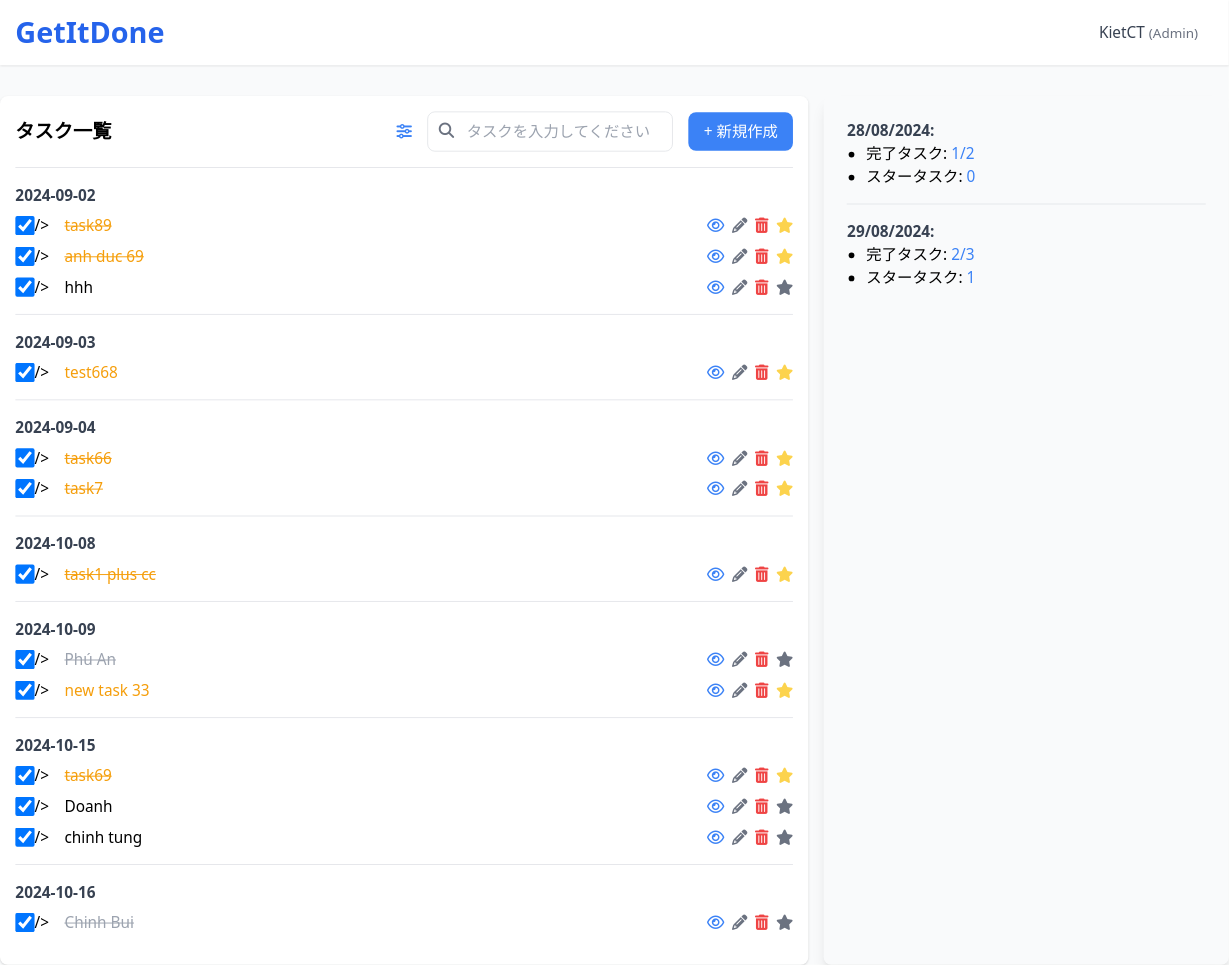
Repository: TuanAnhNguyen723/todolist
Page: http://localhost/mainscreen/mainscreen.php
An editor plug-in stored every save of this project. The page is shown before and after the next save, followed by the edit.
The browser window is 1280 px wide. The pictures show the whole page, at 96% of full size.
Some web libraries are served in a nearby version. The page is run by PHP 8.4 with error messages shown; the project is at /var/www/html/. The database holds what the project's SQL file puts in it.

Above is the page before, as saved 2024-10-02 14:01:49.

After the next save:
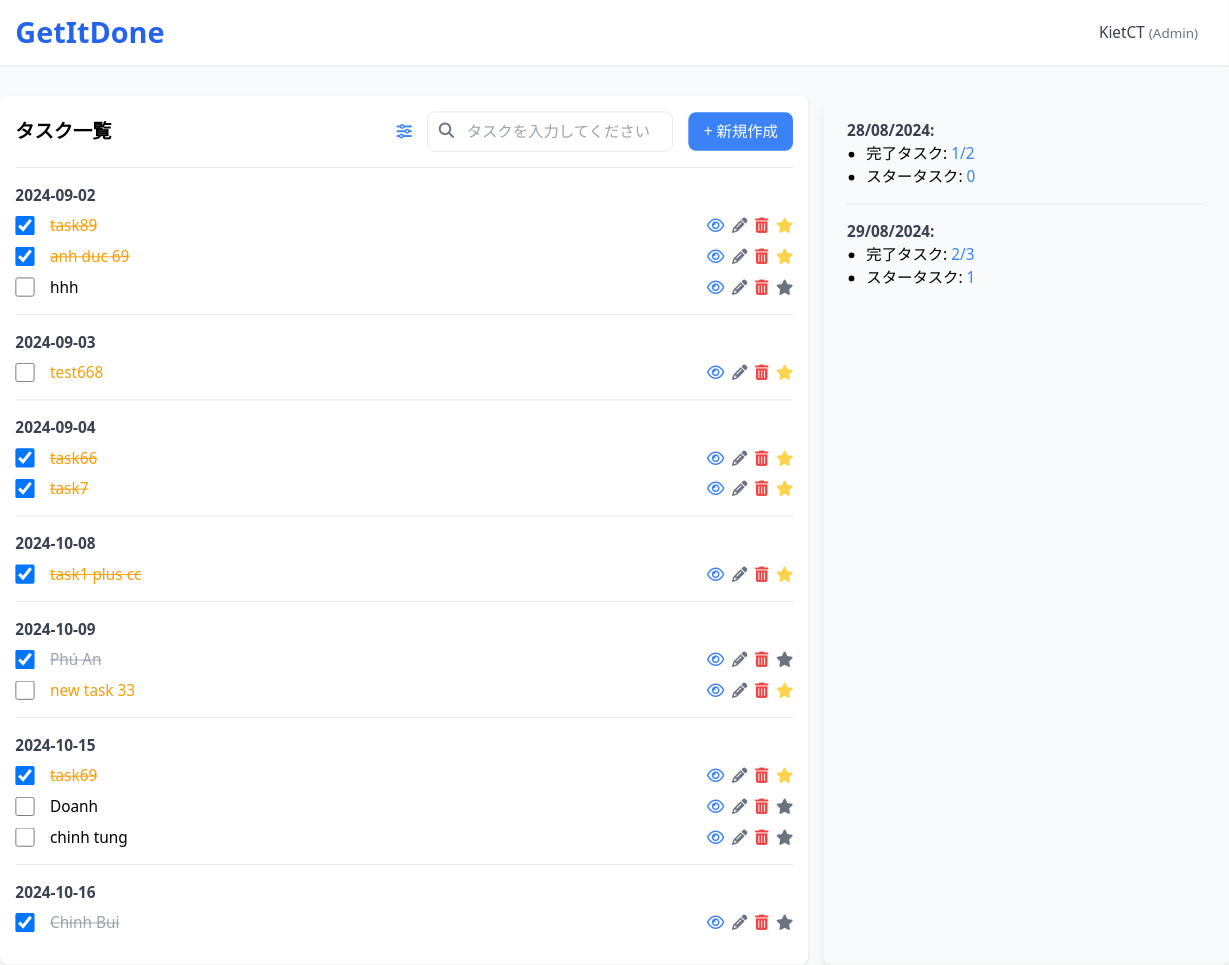
Saved 74 s later.
--- a/mainscreen/mainscreen.php
+++ b/mainscreen/mainscreen.php
@@ -84,7 +84,7 @@ include '../mainscreen/mainscreenController.php';
                                 type="checkbox"
                                 class="form-checkbox h-5 w-5 toggle-complete <?php echo $task['star'] ? 'bg-yellow-500 border-yellow-500' : ''; ?>"
                                 data-task-id="<?php echo $task['task_id']; ?>"
-                                <?php echo $task['checked'] ? 'checked' : ''; ?> <!-- Giữ nguyên trạng thái checked -->
+                                <?php echo $task['checked'] ? 'checked' : ''; ?>
                             />
                             <!-- // Kết hợp trạng thái star với việc đánh dấu gạch ngang nếu hoàn thành -->
                             <span class="task-text <?php echo $task['checked'] ? 'line-through text-gray-400' : ''; ?> <?php echo $task['star'] ? 'text-yellow-500' : ''; ?>">
